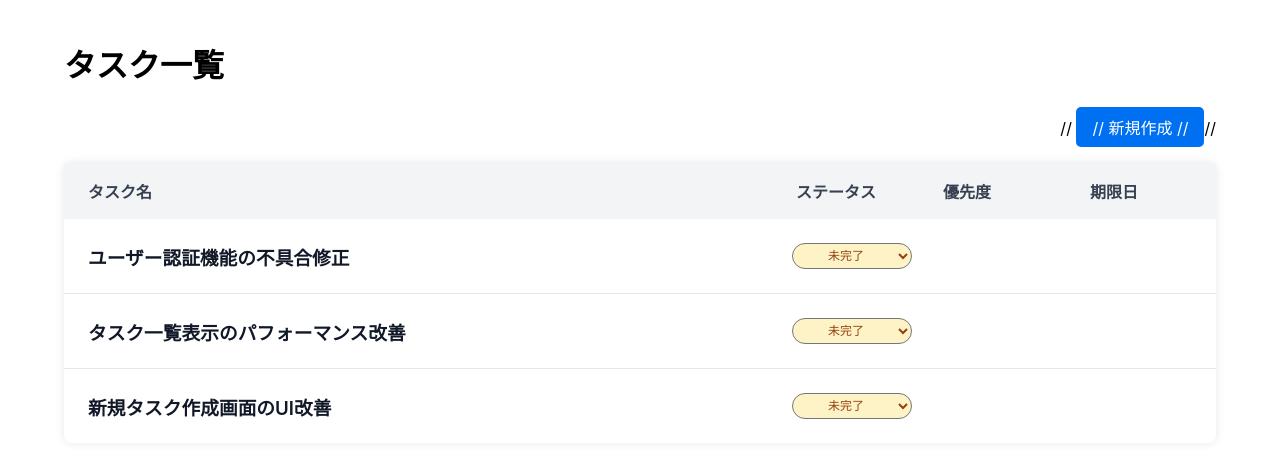
Repository: s1ros75/react-task-app
Page: /tasks
The author's editor kept a copy of each file at every save. The page is drawn from the files as they stood at one save, then again after a run of saves.
The browser window is 1280 px wide. The pictures show the whole page.
The project was rebuilt for these pictures with package versions that can differ from the ones it lists, and the page was loaded fresh each time. Also part of the build but not shown: vite.config.ts, src/styles/home.module.css, src/pages/home/index.tsx, src/features/tasks/hooks/getTaskById.ts, src/features/tasks/styles/taskDetail.module.css, src/features/tasks/components/TaskDetail.tsx, src/features/tasks/hooks/deleteTask.ts, src/features/tasks/components/TaskDeleteButton.tsx and 9 more.

Above is the page before, as saved 2026-01-17 23:25:52.

### src/main.tsx
import { StrictMode } from "react";
import { createRoot } from "react-dom/client";
import "./index.css";
import App from "./App.tsx";
import { BrowserRouter } from "react-router-dom";

const rootElement = document.getElementById("root");

createRoot(rootElement!).render(
  <StrictMode>
    <BrowserRouter>
      <App />
    </BrowserRouter>
  </StrictMode>
);

### src/index.css
:root {
  font-family: Inter, system-ui, Avenir, Helvetica, Arial, sans-serif;
}

body {
  margin: 0;
  padding: 0;
  font-family: var(--font-family);
}

### src/App.tsx
import { Route, Routes } from "react-router-dom";
import HomePage from "./pages/home";
import TaskListPage from "./pages/tasks/taskListPage";
import TaskDetailPage from "./pages/tasks/taskDetailPage";
import TaskCreatePage from "./pages/tasks/taskCreatePage";
import TaskEditPage from "./pages/tasks/taskEditPage";

function App() {
  return (
    <Routes>
      <Route path="/" element={<HomePage />} />
      <Route path="/tasks" element={<TaskListPage />} />
      <Route path="/tasks/:id" element={<TaskDetailPage />} /> {/* タスクの詳細ページのルーティングを追加 */}
      <Route path="/tasks/new" element={<TaskCreatePage />} /> {/* タスク作成ページへのルーティングを追加 */}
      <Route path="/tasks/:id/edit" element={<TaskEditPage />} />  {/* タスク編集ページのルーティング */}
    </Routes>
  );
}

export default App;

### src/pages/tasks/taskListPage.tsx
import TaskListContainer from "../../features/tasks/containers/TaskListContainer";

export default function TaskListPage() {
  return (
    <div>
      <TaskListContainer /> {/* タスク一覧コンポーネントを読み込む */}
    </div>
  );
}

### src/features/tasks/containers/TaskListContainer.tsx
import { useEffect, useState } from "react";
import { getTasks } from "../hooks/getTasks";
import type { Task } from "../../../types/task";
import TaskCard from "../components/TaskCard";
import styles from "../styles/TaskListContainer.module.css";
import { Link } from "react-router-dom";
import { updateTask } from "../hooks/updateTask";

// export default function TaskListContainer() {
//   const [tasks, setTasks] = useState<Task[]>([]);

//   useEffect(() => {
//     const fetchTasks = async () => {
//       const fetchedTasks = await getTasks();
//       setTasks(fetchedTasks);
//     };
//     fetchTasks();
//   }, []);

//   // セレクトボックスで変更されたステータスを更新する処理
//   const handleToggleStatus = async (taskId: Task["id"], newStatus: boolean) => {
//     await updateTask(String(taskId), { status: newStatus });
//     fetchTasks();
//   };

//   return (
//     <div className={styles.container}>
//       <h1>タスク一覧</h1>
//       <div className={styles.taskListHeader}>
//         <Link to="/tasks/new" className={styles.newTaskLink}>
//           新規作成
//         </Link>
//       </div>

//       <div className={styles.tableContainer}>
//         <div className={styles.header}>
//           <div>タスク名</div>
//           <div>ステータス</div>
//           <div>優先度</div>
//           <div>期限日</div>
//         </div>
//         <div className={styles.taskList}>
//           {tasks.map((task) => (
//             <TaskCard key={task.id} task={task} />
//           ))}
//         </div>
//       </div>
//     </div>
//   );
// }

export default function TaskListContainer() {
  const [tasks, setTasks] = useState<Task[]>([]);

  // データを取得する関数を独立させる（更新後にも呼べるようにするため）
  const fetchTasks = async () => {
    const fetchedTasks = await getTasks();
    setTasks(fetchedTasks);
  };

  useEffect(() => {
    fetchTasks();
  }, []);

  const handleToggleStatus = async (taskId: Task["id"], newStatus: boolean) => {
    await updateTask(String(taskId), { status: newStatus });
    await fetchTasks(); // ここで関数として正しく呼び出す
  };

  return (
    <div className={styles.container}>
      <h1>タスク一覧</h1>
      {" "}
      <div className={styles.taskListHeader}>
        //{" "}
        <Link to="/tasks/new" className={styles.newTaskLink}>
          // 新規作成 //{" "}
        </Link>
        //{" "}
      </div>
      <div className={styles.tableContainer}>
        <div className={styles.header}>
          <div>タスク名</div>
          <div>ステータス</div>
          <div>優先度</div> {/* ← この列に対応するデータが */}
          <div>期限日</div> {/* ← TaskCard 内にあるか確認が必要 */}
        </div>
        <div className={styles.taskList}>
          {tasks.map((task) => (
            <TaskCard
              key={task.id}
              task={task}
              onToggleStatus={handleToggleStatus} // 更新用関数を渡す必要がある場合
            />
          ))}
        </div>
      </div>
    </div>
  );
}

### src/features/tasks/hooks/getTasks.ts
import type { Task } from "../../../types/task";
import { mockTasks } from "../mocks/task";

export const getTasks = (): Promise<Task[]> => {
  return new Promise((resolve) => {
    setTimeout(() => resolve([...mockTasks]));
  });
};

### src/features/tasks/components/TaskCard.tsx
import { Link } from "react-router-dom";
import styles from "../styles/taskCard.module.css";
import { getPriorityClass } from "../utils/priority"; // getPriorityClass関数をimport
import { getStatusLabel } from "../utils/status-label"; // getStatusLabel関数をimport
import type { Task } from "../../../types/task";


type Props = {
  task: Task;
  onToggleStatus: (taskId: Task['id'], newStatus: boolean) => void;
};

export default function TaskCard({ task, onToggleStatus }: Props) {  // onToggleStatusをpropsで受け取る

  // ステータス変更時のハンドラー
  const handleStatusChange = (e: React.ChangeEvent<HTMLSelectElement>) => {
    const newStatus = e.target.value === "true";
    if (onToggleStatus) {
      onToggleStatus(task.id, newStatus);
    }
  };

  return (
    <div className={styles.taskCard}>
      <Link to={`/tasks/${task.id}`} className={styles.detailLink}>
        <h3 className={styles.taskTitle}>{task.title}</h3>
      </Link>
      {/* ステータスをセレクトボックスに変更 */}
      <select
        value={task.status ? "true" : "false"}
        onChange={handleStatusChange}
        className={`${styles.badge} ${task.status ? styles.completed : styles.incomplete}`}
      >
        <option value="false">{getStatusLabel(false)}</option>  {/* 未完了の場合のラベル */}
        <option value="true">{getStatusLabel(true)}</option>    {/* 完了の場合のラベル */}
      </select>
    </div>
  );
}

### src/features/tasks/styles/TaskListContainer.module.css
.container {
  width: 90%;
  max-width: 1400px;
  margin: 40px auto;
}

.tableContainer {
  margin: 0 auto;
  background-color: white;
  border-radius: 0.5rem;
  box-shadow: 0 0 10px rgba(0, 0, 0, 0.1);
}

.header {
  display: grid;
  grid-template-columns: 1fr 115px 115px 110px;
  column-gap: 2rem;
  align-items: center;
  padding: 1rem 1rem 1rem 1.5rem;
  background-color: #f3f4f6;
  font-weight: 600;
  color: #374151;
}

.taskList {
  display: flex;
  flex-direction: column;
}

.taskList > *:not(:last-child) {
  border-bottom: 1px solid #e5e7eb;
}

.taskListHeader {
  text-align: right;
  margin-bottom: 1rem;
}

.newTaskLink {
  display: inline-block;
  background-color: #0070f3;
  color: white;
  padding: 0.5rem 1rem;
  border-radius: 5px;
  text-decoration: none;
  font-size: 1rem;
  transition: background-color 0.3s ease;
}

.newTaskLink:hover {
  background-color: #0051bb;
}

### src/features/tasks/hooks/updateTask.ts
import type { Task, TaskFormData } from "../../../types/task";
import { mockTasks } from "../mocks/task";

export const updateTask = (id: string, taskData: TaskFormData): Promise<Task | null> => {
  return new Promise((resolve) => {
    setTimeout(() => {
      const index = mockTasks.findIndex((task) => task.id === Number.parseInt(id));
      if (index !== -1) {
        mockTasks[index] = {
          ...mockTasks[index],
          ...taskData,
          updatedAt: new Date().toISOString(),
        };
        resolve(mockTasks[index]);
      } else {
        resolve(null);
      }
    }, 500);
  });
};

### src/features/tasks/mocks/task.ts
import type { Task } from "../../../types/task";

export const mockTasks: Task[] = [
  {
    id: 1,
    title: "ユーザー認証機能の不具合修正",
    description: "ユーザーがログイン時に、不正なトークンエラーが発生する問題を修正します。",
    status: false,
    priority: "high",
    dueDate: "2025-03-31",
    createdAt: "2025-02-17T10:00:00Z",
    updatedAt: "2025-02-17T10:00:00Z",
  },
  {
    id: 2,
    title: "タスク一覧表示のパフォーマンス改善",
    description:
      "タスク一覧ページで、タスクが大量にある場合の表示遅延を改善します。不要な再レンダリングを防ぐため、コンポーネントの最適化を実施してください。",
    status: false,
    priority: "medium",
    dueDate: "2025-04-15",
    createdAt: "2025-02-17T10:00:00Z",
    updatedAt: "2025-02-17T10:00:00Z",
  },
  {
    id: 3,
    title: "新規タスク作成画面のUI改善",
    description:
      "新規タスク作成画面の入力フォームのユーザビリティ向上を図ります。エラーメッセージの明示化や、入力フィールドのデザインを改善してください。",
    status: false,
    priority: "low",
    dueDate: "2025-05-01",
    createdAt: "2025-02-17T10:00:00Z",
    updatedAt: "2025-02-17T10:00:00Z",
  },
];

### src/features/tasks/styles/taskCard.module.css
.taskCard {
  display: grid;
  grid-template-columns: 1fr 120px 120px 120px;
  column-gap: 2rem;
  align-items: center;
  transition: background-color 0.2s ease;
}

.taskCard:hover {
  background-color: #f9fafb;
}

.detailLink {
  height: 100%;
  display: flex;
  align-items: center;
  text-decoration: none;
  padding-left: 1.5rem;
  transition: color 0.2s ease;
}

.detailLink:hover .taskTitle {
  color:rgb(56, 92, 202);
}

.taskTitle {
  font-weight: 600;
  color: #111827;
  margin: 0;
}

.badge {
  display: inline-block;
  padding: 0.25rem 0.5rem;
  margin: 1.5rem 0;
  border-radius: 9999px;
  font-size: 0.75rem;
  font-weight: 500;
  text-align: center;
  cursor: pointer;
}

.completed {
  background-color: #d1fae5;
  color: #065f46;
}

.incomplete {
  background-color: #fef3c7;
  color: #92400e;
}

.highPriority {
  background-color: #fee2e2;
  color: #991b1b;
}

.mediumPriority {
  background-color: #fef3c7;
  color: #92400e;
}

.lowPriority {
  background-color: #d1fae5;
  color: #065f46;
}

.defaultPriority {
  background-color: #e5e7eb;
  color: #374151;
}

.dueDate {
  color: #6b7280;
}

### src/features/tasks/utils/status-label.ts
// ステータス（true/false）に応じて表示ラベルを返す
export const getStatusLabel = (status: boolean): string => {
  return status ? "完了" : "未完了";
};

Loaded but not shown: index.html (common file)

After the next 2 saves:
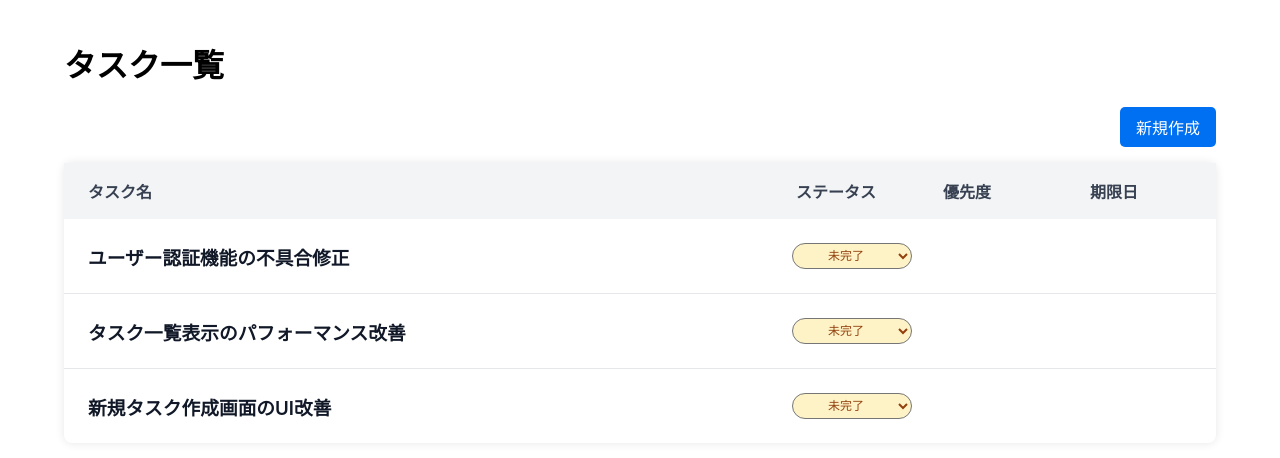
The 2 saves are shown as one change because they came seconds apart.
The last was saved 86 s later.
--- a/src/features/tasks/containers/TaskListContainer.tsx
+++ b/src/features/tasks/containers/TaskListContainer.tsx
@@ -6,92 +6,42 @@ import styles from "../styles/TaskListContainer.module.css";
 import { Link } from "react-router-dom";
 import { updateTask } from "../hooks/updateTask";
 
-// export default function TaskListContainer() {
-//   const [tasks, setTasks] = useState<Task[]>([]);
-
-//   useEffect(() => {
-//     const fetchTasks = async () => {
-//       const fetchedTasks = await getTasks();
-//       setTasks(fetchedTasks);
-//     };
-//     fetchTasks();
-//   }, []);
-
-//   // セレクトボックスで変更されたステータスを更新する処理
-//   const handleToggleStatus = async (taskId: Task["id"], newStatus: boolean) => {
-//     await updateTask(String(taskId), { status: newStatus });
-//     fetchTasks();
-//   };
-
-//   return (
-//     <div className={styles.container}>
-//       <h1>タスク一覧</h1>
-//       <div className={styles.taskListHeader}>
-//         <Link to="/tasks/new" className={styles.newTaskLink}>
-//           新規作成
-//         </Link>
-//       </div>
-
-//       <div className={styles.tableContainer}>
-//         <div className={styles.header}>
-//           <div>タスク名</div>
-//           <div>ステータス</div>
-//           <div>優先度</div>
-//           <div>期限日</div>
-//         </div>
-//         <div className={styles.taskList}>
-//           {tasks.map((task) => (
-//             <TaskCard key={task.id} task={task} />
-//           ))}
-//         </div>
-//       </div>
-//     </div>
-//   );
-// }
-
 export default function TaskListContainer() {
   const [tasks, setTasks] = useState<Task[]>([]);
 
-  // データを取得する関数を独立させる（更新後にも呼べるようにするため）
-  const fetchTasks = async () => {
-    const fetchedTasks = await getTasks();
-    setTasks(fetchedTasks);
-  };
-
   useEffect(() => {
+    const fetchTasks = async () => {
+      const fetchedTasks = await getTasks();
+      setTasks(fetchedTasks);
+    };
     fetchTasks();
   }, []);
 
+  // セレクトボックスで変更されたステータスを更新する処理
   const handleToggleStatus = async (taskId: Task["id"], newStatus: boolean) => {
     await updateTask(String(taskId), { status: newStatus });
-    await fetchTasks(); // ここで関数として正しく呼び出す
+    fetchTasks();
   };
 
   return (
     <div className={styles.container}>
       <h1>タスク一覧</h1>
-      {" "}
       <div className={styles.taskListHeader}>
-        //{" "}
         <Link to="/tasks/new" className={styles.newTaskLink}>
-          // 新規作成 //{" "}
+          新規作成
         </Link>
-        //{" "}
       </div>
+
       <div className={styles.tableContainer}>
         <div className={styles.header}>
           <div>タスク名</div>
           <div>ステータス</div>
-          <div>優先度</div> {/* ← この列に対応するデータが */}
-          <div>期限日</div> {/* ← TaskCard 内にあるか確認が必要 */}
+          <div>優先度</div>
+          <div>期限日</div>
         </div>
         <div className={styles.taskList}>
           {tasks.map((task) => (
-            <TaskCard
-              key={task.id}
-              task={task}
-              onToggleStatus={handleToggleStatus} // 更新用関数を渡す必要がある場合
-            />
+            <TaskCard key={task.id} task={task} />
           ))}
         </div>
       </div>
